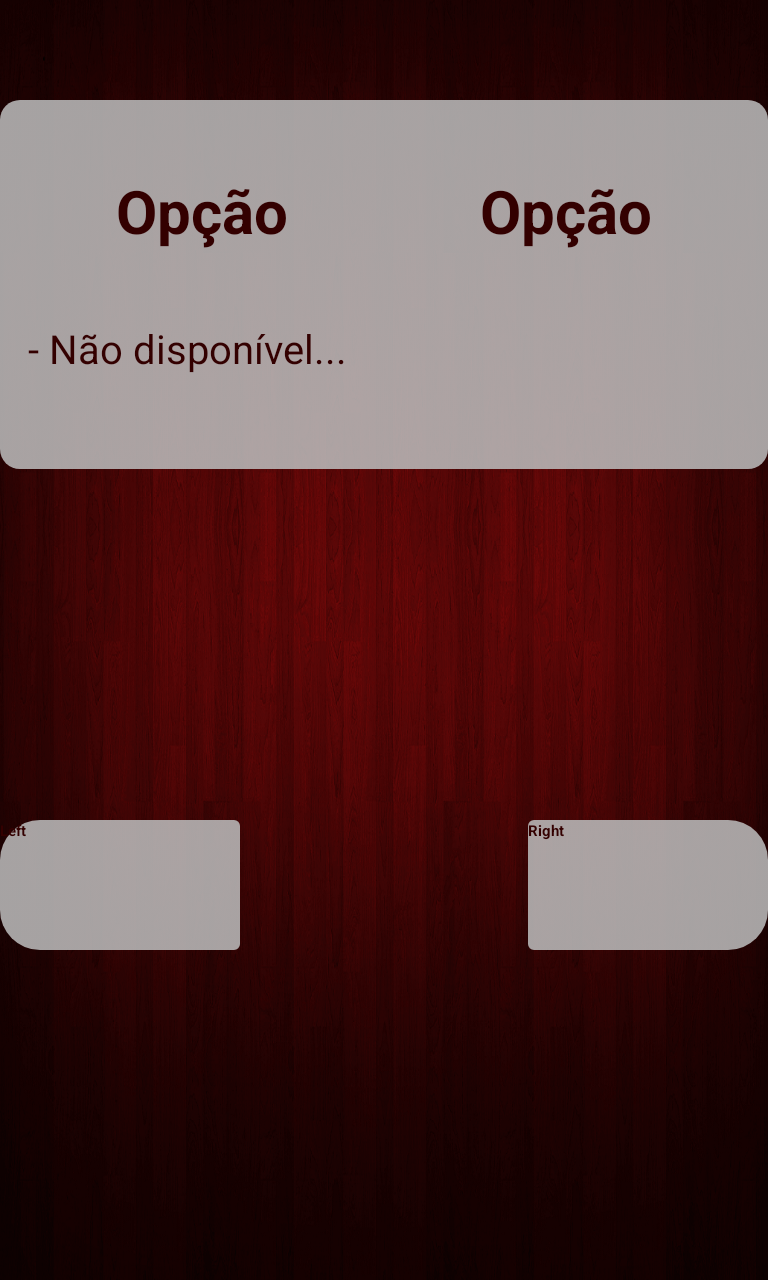
Repository: LuisFilipeDias/eMenu
Layout: SideMenuTutorial/res/layout/display_fragment.xml
These files come from the project's save history. The layout is drawn as it stood at one moment and after the next save; the edit follows.
It is drawn on a 768 x 1280 px phone screen (xhdpi) without system bars, with theme Theme.Sherlock; the app's code is not run.

Above is the layout before, as saved 2013-12-23 18:56:33.

### SideMenuTutorial/res/layout/display_fragment.xml
<LinearLayout xmlns:android="http://schemas.android.com/apk/res/android"
    xmlns:tools="http://schemas.android.com/tools"
    android:id="@+id/scrollView1"
    android:layout_width="match_parent"
    android:layout_height="match_parent"
	android:layout_marginLeft="15dp"
	android:layout_marginRight="15dp"
    android:orientation="vertical"
    android:background="@drawable/back_a"
    tools:context=".MainActivity" >

	<ScrollView
	    android:layout_width="match_parent"
	    android:layout_height="match_parent" >


    <RelativeLayout
        android:layout_width="match_parent"
        android:layout_height="match_parent">

	    <ScrollView
            android:id="@+id/display_scroll"
	        android:layout_width="match_parent"
	        android:layout_height="380dp" >

            <RelativeLayout
                android:id="@+id/display_ll_1"
                android:layout_width="match_parent"
                android:layout_height="wrap_content"
                android:layout_marginBottom="100dp"
                android:layout_marginTop="50dp"
                android:background="@drawable/center_clicked"
                android:orientation="vertical" >

                <TextView
                    android:id="@+id/bogus_ttl"
                    android:layout_width="202dp"
                    android:layout_height="wrap_content"
                    android:layout_marginBottom="20dp"
                    android:layout_marginTop="35dp"
                    android:layout_alignParentLeft="true"
                    android:gravity="center_horizontal|center_vertical"
                    android:text="@string/bogus_ttl"
                    android:textAppearance="?android:attr/textAppearanceLarge"
                    android:textColor="@color/brown"
                    android:textSize="30sp"
                    android:textStyle="bold" />

                <TextView
                    android:id="@+id/bogus_ttl"
                    android:layout_width="202dp"
                    android:layout_height="wrap_content"
                    android:layout_marginBottom="20dp"
                    android:layout_marginTop="35dp"
                    android:layout_alignParentRight="true"
                    android:gravity="center_horizontal|center_vertical"
                    android:text="@string/bogus_ttl"
                    android:textAppearance="?android:attr/textAppearanceLarge"
                    android:textColor="@color/brown"
                    android:textSize="30sp"
                    android:textStyle="bold" />

                <RelativeLayout
                    android:id="@+id/disp_rel2"
                    android:layout_width="match_parent"
                    android:layout_height="wrap_content"
                    android:layout_marginTop="15dp"
                    android:orientation="vertical"
                    android:layout_below="@+id/bogus_ttl" >

                    <TextView
                        android:id="@+id/bogus_txt"
                        android:layout_width="wrap_content"
                        android:layout_height="wrap_content"
                        android:layout_alignParentLeft="true"
                        android:layout_alignParentTop="true"
                        android:layout_marginLeft="14dp"
                        android:maxWidth="230dp"
                        android:text="@string/bogus_txt"
                        android:textAppearance="?android:attr/textAppearanceLarge"
                        android:textColor="@color/brown"
                        android:textSize="20sp" />

                    <TextView
                        android:id="@+id/bogus_price"
                        android:layout_width="wrap_content"
                        android:layout_height="wrap_content"
                        android:layout_alignParentRight="true"
                        android:layout_alignParentTop="true"
                        android:layout_marginRight="14dp"
                        android:gravity="center_horizontal"
                        android:text="@string/bogus_price"
                        android:textAppearance="?android:attr/textAppearanceLarge"
                        android:textColor="@color/brown"
                        android:textSize="20sp"
                        android:textStyle="bold" />
                </RelativeLayout>
            </RelativeLayout>
    	</ScrollView>

	        <RelativeLayout
	            android:layout_marginTop="30dp"
	            android:layout_width="match_parent"
	            android:layout_height="match_parent"
	            android:layout_alignParentBottom="true"
	            android:layout_below="@+id/display_scroll" >

	            <Button
	                android:id="@+id/right_button"
	                android:text="@string/right_btn_txt"
                    android:textColor="@color/brown"
	                android:textStyle="bold"
	                android:layout_width="120dp"
	                android:layout_height="65dp"
	                android:background="@drawable/right_tri_clicked"
	                android:orientation="vertical"
	                android:layout_alignParentRight="true"
	                android:onClick="rightClicked" >
	            </Button>

	            <Button
	                android:id="@+id/left_button"
	                android:text="@string/left_btn_txt"
                    android:textColor="@color/brown"
	                android:textStyle="bold"
	                android:layout_width="120dp"
	                android:layout_height="65dp"
	                android:background="@drawable/left_tri_clicked"
	                android:orientation="vertical"
	                android:layout_alignParentLeft="true"
	                android:onClick="leftClicked" >
	            </Button>
        	</RelativeLayout>
    </RelativeLayout>
    </ScrollView>

</LinearLayout>

### SideMenuTutorial/res/drawable/center_clicked.xml
<?xml version="1.0" encoding="utf-8"?>
<selector xmlns:android="http://schemas.android.com/apk/res/android">
<!-- Button Focused-->
    <item   android:state_focused="true"
            android:state_pressed="false"
            android:drawable="@drawable/center_bg"
            />
<!-- Button Focused Pressed-->
    <item   android:state_focused="true"
            android:state_pressed="true"
            android:drawable="@drawable/center_bg"
            />
<!-- Button Pressed-->
    <item   android:state_focused="false"
            android:state_pressed="true"
            android:drawable="@drawable/center_bg"
            />
<!-- Button Default Image-->
    <item   android:drawable="@drawable/center_hover"/>

</selector>

### SideMenuTutorial/res/values/strings.xml
<?xml version="1.0" encoding="utf-8"?>
<resources>


    <string name="drawer_close">drawer_close</string>
    <string name="drawer_open">drawer_open</string>
    <string name="title_activity_fetch_database">title_activity_fetch_database</string>
    <string name="title_activity_main">Escolher Restaurante</string>
    <string name="title_activity_display">Escolher Opção</string>
    <string name="title_activity_menu">Restaurantes</string>
    <string name="title_display_activity">Escolher</string>
    <string name="action_settings">action_settings</string>
    <string name="Fragment1">Fragment1</string>
    <string name="Fragment2">Fragment2</string>
    <string name="Fragment3">Fragment3</string>
    <string name="hello_world">Hello</string>
    <string name="Fragment1">Fragment1</string>
    <string name="menu_settings">Definições</string>

    <string name="menu_txt">Menus</string>
    <string name="entry_txt">Entradas</string>
    <string name="meat_txt">Pratos de Carne</string>
    <string name="fish_txt">Pratos de peixe</string>
    <string name="others_txt">Outros Pratos</string>
    <string name="deserts_txt">Sobremesas</string>
    <string name="drinks_txt">Bebidas</string>

    <string name="app_name">eMenu</string>
    <string name="carte_ttl">Ementas</string>
    <string name="info_ttl">Informações</string>

    <string name="resumee_ttl">Resumo:</string>
    <string name="resumee_txt">.    Não definido    </string>
    <string name="website_ttl">Website:</string>
    <string name="website_txt">.    Não definido    </string>
    <string name="location_ttl">Localização:</string>
    <string name="location_txt">.    Não definido    </string>
    <string name="contacts_ttl">Contactos:</string>
    <string name="phone_txt">- Telefones -</string>
    <string name="email_txt">- Emails -</string>

    <string name="bogus_ttl">Opção</string>
    <string name="bogus_txt"> - Não disponível...\n\n</string>
    <string name="bogus_price"> </string>

    <string name="left_btn_txt">Left</string>
    <string name="right_btn_txt">Right</string>
</resources>

### SideMenuTutorial/res/values/colors.xml
<?xml version="1.0" encoding="utf-8"?>
<resources>
        <color name="background_color">#888888</color>
        <color name="text_color">#00FFFF</color>
        <color name="random_color">#0000FF</color>
        <color name="light_grey">#EBEBEB</color>
        <color name="medium_grey">#A0A0A0</color>
        <color name="dark_grey">#646464</color>
        <color name="light_red">#FFE2E2</color>
        <color name="medium_red">#FFB4B4</color>
        <color name="light_blue">#E2E2FF</color>
        <color name="medium_blue">#B4B4FF</color>
        <color name="dark_blue">#0000FF</color>
        <color name="light_green">#E2FFE2</color>
        <color name="medium_green">#B4FFB4</color>
        <color name="emenu_color">#9F9F9F</color>
        <color name="light_orange">#FFC983</color>
        <color name="medium_orange">#FFB778</color>
        <color name="light_yellow">#FFFFBF</color>
        <color name="medium_yellow">#FFFFA3</color>
        <color name="white">#FFFFFF</color>
        <color name="top_blue">#3399CC</color>
        <color name="brown">#330000</color>
</resources>

### SideMenuTutorial/res/drawable/right_tri_clicked.xml
<?xml version="1.0" encoding="utf-8"?>
<selector xmlns:android="http://schemas.android.com/apk/res/android">
<!-- Button Focused-->
    <item   android:state_focused="true"
            android:state_pressed="false"
            android:drawable="@drawable/right_tri_bg"
            />
<!-- Button Focused Pressed-->
    <item   android:state_focused="true"
            android:state_pressed="true"
            android:drawable="@drawable/right_tri_bg"
            />
<!-- Button Pressed-->
    <item   android:state_focused="false"
            android:state_pressed="true"
            android:drawable="@drawable/right_tri_bg"
            />
<!-- Button Default Image-->
    <item   android:drawable="@drawable/right_tri_hover"/>

</selector>

### SideMenuTutorial/res/drawable/left_tri_clicked.xml
<?xml version="1.0" encoding="utf-8"?>
<selector xmlns:android="http://schemas.android.com/apk/res/android">
<!-- Button Focused-->
    <item   android:state_focused="true"
            android:state_pressed="false"
            android:drawable="@drawable/left_tri_bg"
            />
<!-- Button Focused Pressed-->
    <item   android:state_focused="true"
            android:state_pressed="true"
            android:drawable="@drawable/left_tri_bg"
            />
<!-- Button Pressed-->
    <item   android:state_focused="false"
            android:state_pressed="true"
            android:drawable="@drawable/left_tri_bg"
            />
<!-- Button Default Image-->
    <item   android:drawable="@drawable/left_tri_hover"/>

</selector>

### SideMenuTutorial/res/drawable/left_tri_bg.xml
<?xml version="1.0" encoding="UTF-8"?>
<shape xmlns:android="http://schemas.android.com/apk/res/android">
<!--this is to give gradient effect -->
<gradient   android:angle="270"
            android:startColor="#FFFFFFFF"
            android:endColor="#FFFFFFFF"
            />
<!-- this is make corners of button rounded -->
<corners    android:topLeftRadius="20dip"
               android:bottomRightRadius="3dip"
               android:topRightRadius="3dip"
               android:bottomLeftRadius="20dip"/>

</shape>

### SideMenuTutorial/res/drawable/left_tri_hover.xml
<?xml version="1.0" encoding="UTF-8"?>
<shape xmlns:android="http://schemas.android.com/apk/res/android">
<!--this is to give gradient effect -->
<gradient   android:angle="270"
               android:startColor="#DDBBBBBB"
               android:endColor="#DDBBBBBB"
               />
<!-- this is make corners of button rounded -->
<corners    android:topLeftRadius="20dip"
               android:bottomRightRadius="3dip"
               android:topRightRadius="3dip"
               android:bottomLeftRadius="20dip"/>

</shape>

### SideMenuTutorial/res/drawable/right_tri_bg.xml
<?xml version="1.0" encoding="UTF-8"?>
<shape xmlns:android="http://schemas.android.com/apk/res/android">
<!--this is to give gradient effect -->
<gradient   android:angle="270"
            android:startColor="#FFFFFFFF"
            android:endColor="#FFFFFFFF"
            />
<!-- this is make corners of button rounded -->
<corners    android:topLeftRadius="3dip"
               android:bottomRightRadius="20dip"
               android:topRightRadius="20dip"
               android:bottomLeftRadius="3dip"/>

</shape>

### SideMenuTutorial/res/drawable/right_tri_hover.xml
<?xml version="1.0" encoding="UTF-8"?>
<shape xmlns:android="http://schemas.android.com/apk/res/android">
<!--this is to give gradient effect -->
<gradient   android:angle="270"
               android:startColor="#DDBBBBBB"
               android:endColor="#DDBBBBBB"
               />
<!-- this is make corners of button rounded -->
<corners    android:topLeftRadius="3dip"
               android:bottomRightRadius="20dip"
               android:topRightRadius="20dip"
               android:bottomLeftRadius="3dip"/>

</shape>

### SideMenuTutorial/res/drawable/center_bg.xml
<?xml version="1.0" encoding="UTF-8"?>
<shape xmlns:android="http://schemas.android.com/apk/res/android">
<!--this is to give gradient effect -->
<gradient   android:angle="270"
            android:startColor="#FFFFFFFF"
            android:endColor="#FFFFFFFF"
            />
<!-- this is make corners of button rounded -->
<corners    android:topLeftRadius="10dip"
               android:bottomRightRadius="10dip"
               android:topRightRadius="10dip"
               android:bottomLeftRadius="10dip"/>

</shape>

### SideMenuTutorial/res/drawable/center_hover.xml
<?xml version="1.0" encoding="UTF-8"?>
<shape xmlns:android="http://schemas.android.com/apk/res/android">
<!--this is to give gradient effect -->
<gradient   android:angle="270"
               android:startColor="#DDBBBBBB"
               android:endColor="#DDBBBBBB"
               />
<!-- this is make corners of button rounded -->
<corners    android:topLeftRadius="10dip"
               android:bottomRightRadius="10dip"
               android:topRightRadius="10dip"
               android:bottomLeftRadius="10dip"/>

</shape>

After the next save:
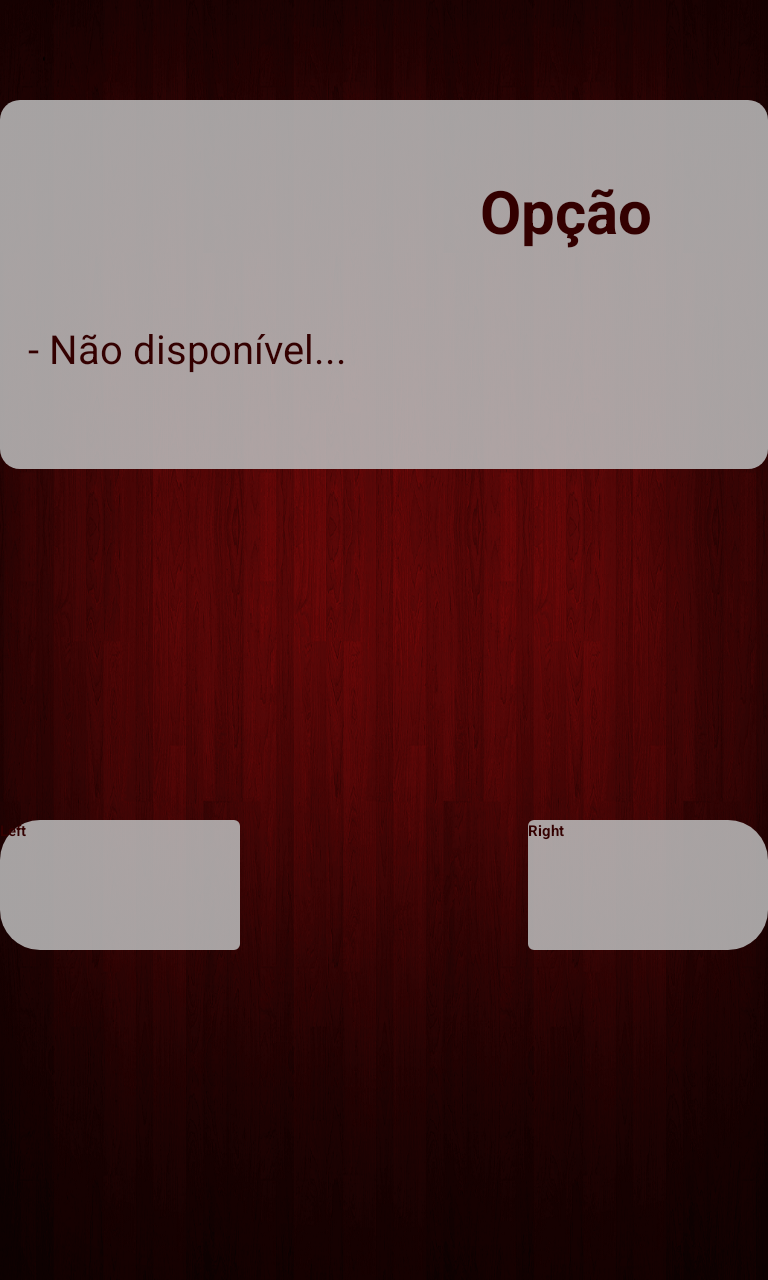
Saved 26 s later.
--- a/SideMenuTutorial/res/layout/display_fragment.xml
+++ b/SideMenuTutorial/res/layout/display_fragment.xml
@@ -40,7 +40,7 @@
                     android:layout_marginTop="35dp"
                     android:layout_alignParentLeft="true"
                     android:gravity="center_horizontal|center_vertical"
-                    android:text="@string/bogus_ttl"
+                    android:background=""
                     android:textAppearance="?android:attr/textAppearanceLarge"
                     android:textColor="@color/brown"
                     android:textSize="30sp"
